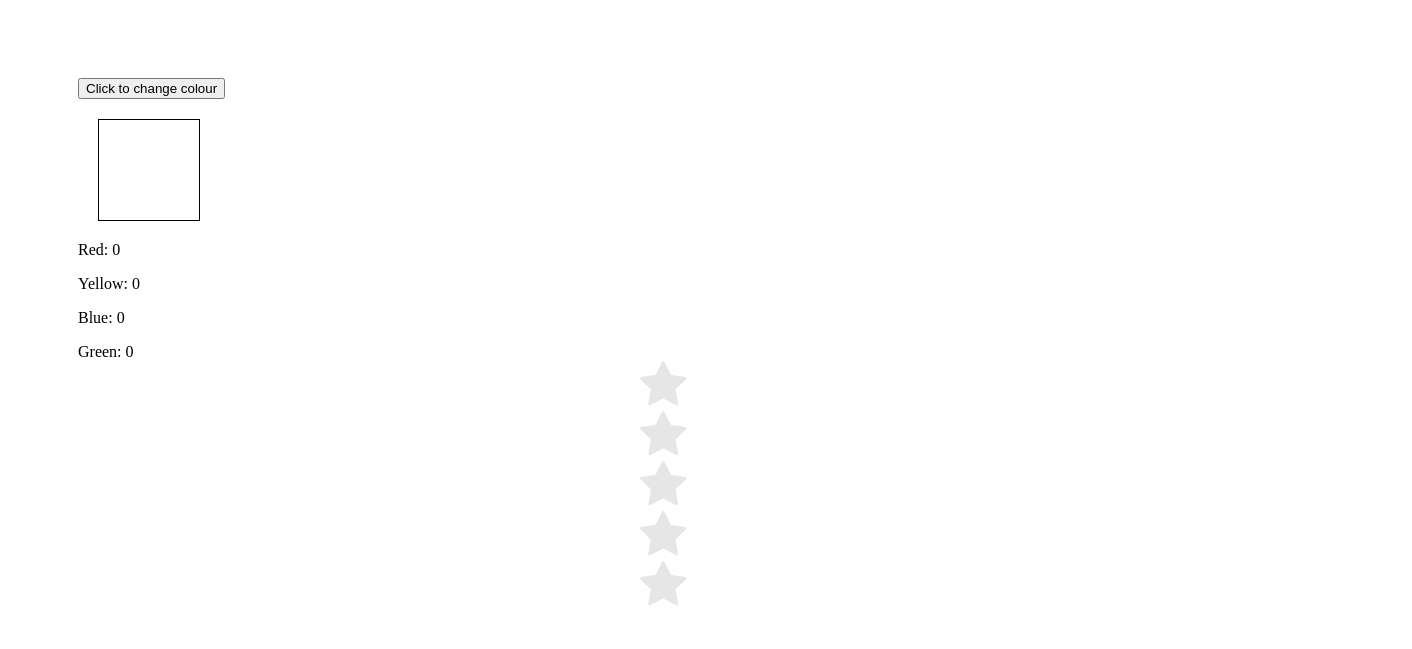
Repository: samalty/star-rating-system-js-test
Page: home.html
The author's editor kept a record of every edit. The page is drawn from the files as they stood at one moment, then again after the next edit.
The browser window is 1280 px wide. The page is 1412 px wide, so the pictures cover 1412 px, including what lies to the right of the window. The pictures show the whole page.

Above is the page before.

### home.html
<html>
    <head>
        <meta charset="utf-8">
        <title>Home</title>
        <link rel="stylesheet" href="styles.css">
        <link href="https://stackpath.bootstrapcdn.com/font-awesome/4.7.0/css/font-awesome.min.css" rel="stylesheet" integrity="sha384-wvfXpqpZZVQGK6TAh5PVlGOfQNHSoD2xbE+QkPxCAFlNEevoEH3Sl0sibVcOQVnN" crossorigin="anonymous">
        <script src="custom.js" charset="utf-8"></script>
    </head>
    <body>
        <div class="container">
            <button class="click" id="colour" onclick="colours()">Click to change colour</button>
            <div class="colourDiv" id="changeColour"></div>
            <div class="scores">
                <p>Red: <span id="redScore">0</span></p>
                <p>Yellow: <span id="yellowScore">0</span></p>
                <p>Blue: <span id="blueScore">0</span></p>
                <p>Green: <span id="greenScore">0</span></p>
            </div>
        </div>
        <div class="container">
            <form name="stars" class="starsForm" onsubmit="return overallRating()">
                <div class="starContainer1">
                    <input type="radio" name="star" class="star" id="star5" value="5"><label for="star5">
                    </label>
                    <input type="radio" name="star" class="star" id="star4" value="4"><label for="star4">
                    </label>
                    <input type="radio" name="star" class="star" id="star3" value="3"><label for="star3">
                    </label>
                    <input type="radio" name="star" class="star" id="star2" value="2"><label for="star2">
                    </label>
                    <input type="radio" name="star" class="star" id="star1" value="1"><label for="star1">
                    </label>
                </div>
                <div class="starContainer2"
                <input type="submit" class="submit" value="submit">
            </form>
        </div>
    </body>
</html>

### styles.css
/* Random colour generator */

.container{
    width: 100%;
    padding: 70px;
}
.red{
    background-color: red;
}
.yellow{
    background-color: yellow;
}
.blue{
    background-color: blue;
}
.green{
    background-color: green;
}
.colourDiv{
    height: 100px;
    width: 100px;
    border: solid 1px black;
    margin: 20px;
}

/* Star1 */

.starsForm{
    position: absolute;
    top: 50%;
    left: 50%;
    display: flex;
}
.fundingStarContainer{
    display: flex;
    margin: 0;
    transform: translate(-50%, -50%) rotateY(180deg);
    border: 1px solid black;
}
.star{
    display: none;
}

.starsForm label{
    display: block;
    cursor: pointer;
    width: 50px;
}
.starsForm label:before{
    content: '\f005';
    font-family: fontAwesome;
    position: relative;
    display: block;
    font-size: 50px;
    color: #e6e6e6;
}
.starsForm label:after{
    content: '\f005';
    font-family: fontAwesome;
    position: absolute;
    display: block;
    font-size: 50px;
    color: #ffd11a;
    top: 0;
    opacity: 0;
    transition: .5s;
    text-shadow: 0 2px 5px rgba(0,0,0,.5);
}
.starsForm label:hover:after,
.starsForm label:hover ~ label:after,
.starsForm input:checked ~ label:after{
    opacity: 1;
}

/* Star2 */

.con{
    height: 60px;
    width: 330px;
    position: absolute;
    margin: auto;
    left: 0;
    right: 0;
    top: 0;
    bottom: 0;
}

.fa-star{
    font-size: 200px;
    color: #e6e6e6;
    cursor: pointer;
}

### custom.js
var redCount = 0;
var yellowCount = 0;
var blueCount = 0;
var greenCount = 0;

const redScoreCount = document.getElementById('redScore');
const yellowScoreCount = document.getElementById('yellowScore');
const blueScoreCount = document.getElementById('blueScore');
const greenScoreCount = document.getElementById('greenScore');

const colour_button = document.getElementById('colour');

function colours(red, yellow, blue, green){

    var background = document.getElementById('changeColour');
    var number = Math.floor(Math.random() * 4);
    console.log(number);

    if (number == 0) {
        redCount++;
        document.getElementById("redScore").innerHTML = redCount;
        background.classList.remove('yellow', 'blue', 'green');
        background.classList.add('red');
    }
    if (number == 1) {
        yellowCount++;
        document.getElementById("yellowScore").innerHTML = yellowCount;
        background.classList.remove('red', 'blue', 'green');
        background.classList.add('yellow');
    }
    if (number == 2) {
        blueCount++;
        document.getElementById("blueScore").innerHTML = blueCount;
        background.classList.remove('red', 'yellow', 'green');
        background.classList.add('blue');
    }
    if (number == 3) {
        greenCount++;
        document.getElementById("greenScore").innerHTML = greenCount;
        background.classList.remove('red', 'yellow', 'blue');
        background.classList.add('green');
    }

}

function overallRating(){
    var x = document.forms["stars"]["fundingStar"].value;
    var y = document.forms["stars"]["mentoringStar"].value;
    var z = document.forms["stars"]["otherStar"].value;
    var o = ((x + y + z) / 3);
    console.log("You have given X a rating of " + x + " for funding.");
    console.log("You have given X a rating of " + y + " for mentoring.");
    console.log("You have given X a rating of " + z + " for other.");
}

After the next edit:
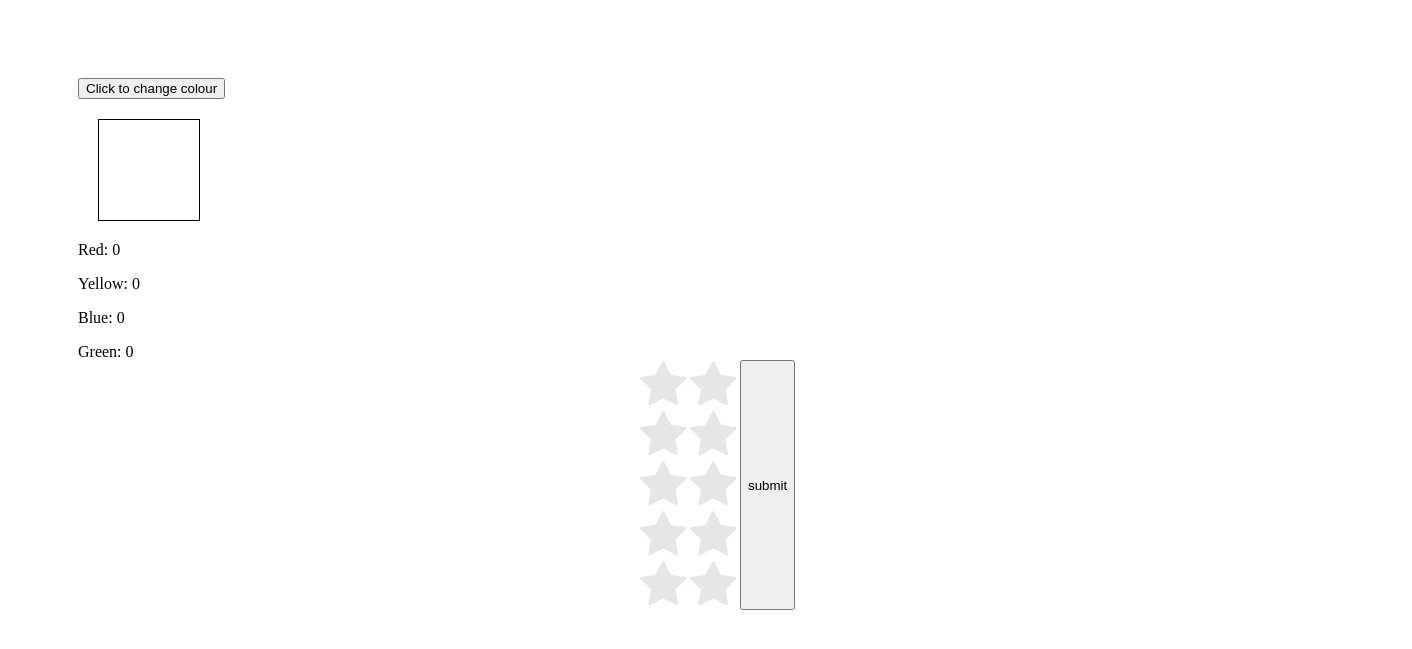
The edit:
--- a/home.html
+++ b/home.html
@@ -31,7 +31,19 @@
                     <input type="radio" name="star" class="star" id="star1" value="1"><label for="star1">
                     </label>
                 </div>
-                <div class="starContainer2"
+                <br>
+                <div class="starContainer2">
+                    <input type="radio" name="star" class="star" id="star5" value="5"><label for="star5">
+                    </label>
+                    <input type="radio" name="star" class="star" id="star4" value="4"><label for="star4">
+                    </label>
+                    <input type="radio" name="star" class="star" id="star3" value="3"><label for="star3">
+                    </label>
+                    <input type="radio" name="star" class="star" id="star2" value="2"><label for="star2">
+                    </label>
+                    <input type="radio" name="star" class="star" id="star1" value="1"><label for="star1">
+                    </label>
+                </div>
                 <input type="submit" class="submit" value="submit">
             </form>
         </div>
